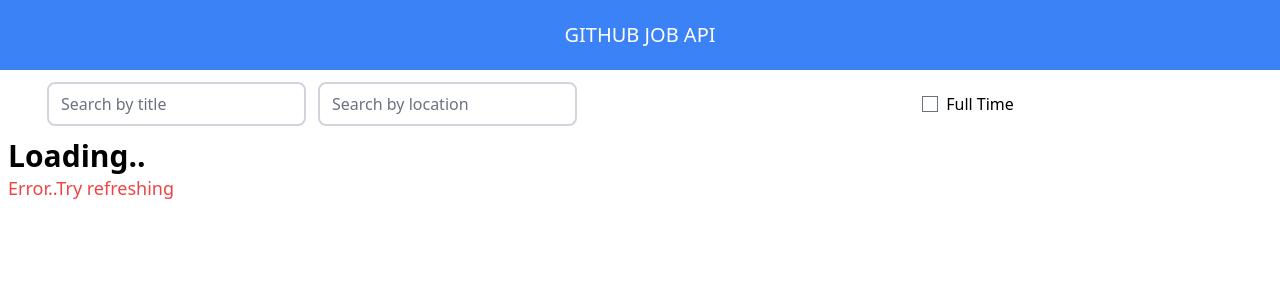
Repository: ShamroOoz/Github-job-api-React-Tailwind
Page: /
An editor plug-in stored every save of this project. The page is shown before and after the next save, followed by the edit.
The browser window is 1280 px wide. The pictures show the whole page.
The page's requests for data from a server got no answer. The project was rebuilt for these pictures with package versions that can differ from the ones it lists, and the page was loaded fresh each time. No one was signed in, and anything a server would have sent is missing. Also part of the build but not shown: craco.config.js.

Above is the page before, as saved 2021-03-21 16:43:09.

After the next save:
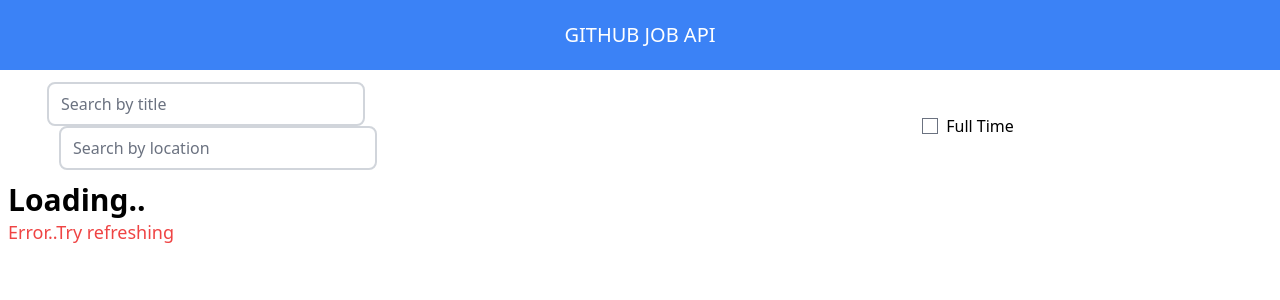
Saved 27 s later.
--- a/src/components/SearchForm.js
+++ b/src/components/SearchForm.js
@@ -4,7 +4,7 @@
   return (
     <form>
       <div className="grid grid-cols-2 justify-items-center gap-x-8">
-        <div className="py-3 px-2 flex justify-center space-x-3 ">
+        <div className="py-3 px-2  space-x-3 ">
           <input
             className="text-style"
             type="text"

After the save that followed:
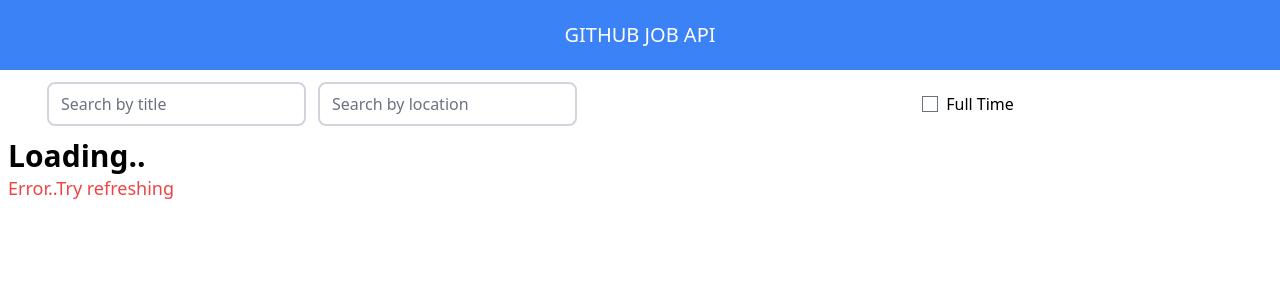
Saved 8 s later.
--- a/src/components/SearchForm.js
+++ b/src/components/SearchForm.js
@@ -4,7 +4,7 @@
   return (
     <form>
       <div className="grid grid-cols-2 justify-items-center gap-x-8">
-        <div className="py-3 px-2  space-x-3 ">
+        <div className="py-3 px-2 flex justify-center space-x-3 ">
           <input
             className="text-style"
             type="text"
